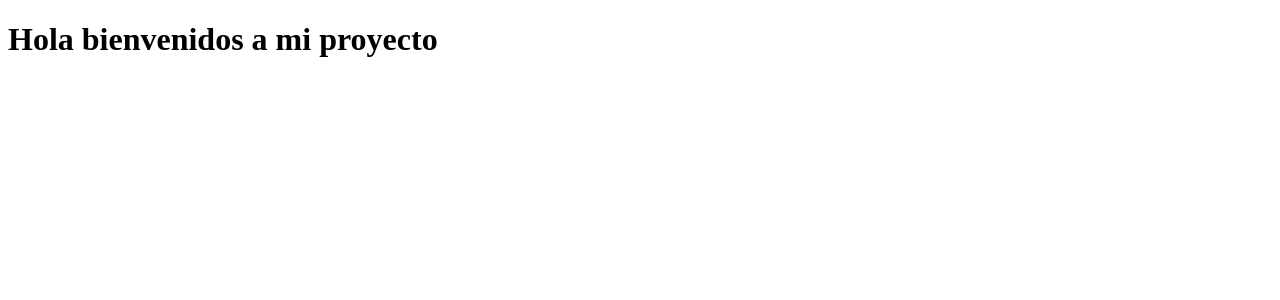
Repository: JMEnriquez/MyWeb
Page: web.html
These files come from the project's save history. The page is drawn as it stood at one moment and after the next save; the edit follows.
The browser window is 1280 px wide. The pictures show the whole page.

Above is the page before, as saved 2024-11-05 04:02:37.

After the next save:
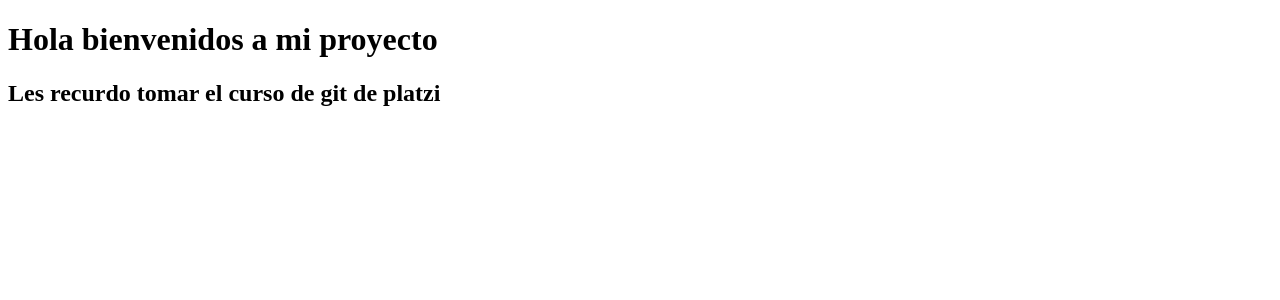
Saved 3 days later.
--- a/web.html
+++ b/web.html
@@ -6,6 +6,7 @@
     <body>
        <div>
             <h1>Hola bienvenidos a mi proyecto</h1>
+            <h2>Les recurdo tomar el curso de git de platzi</h2>
        </div>
     </body>
 </html>
